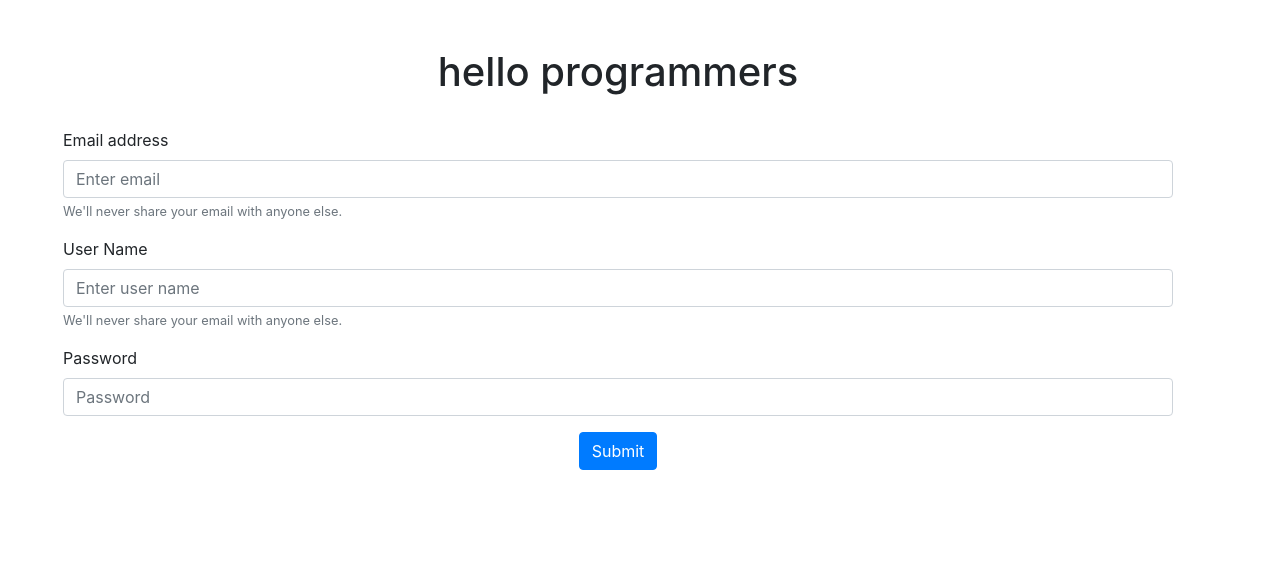
Repository: parvaizsajad/SpringFrameWork
Page: http://localhost/com.spring.mvc/form
These files come from the project's save history. The page is drawn as it stood at one moment and after the next save; the edit follows.
The browser window is 1280 px wide. The pictures show the whole page.
Some web libraries are served in a nearby version. The page is served by Tomcat 9. Other server files are loaded and not shown.

Above is the page before, as saved 2021-09-09 18:35:36.

### com.spring.mvc/src/main/webapp/WEB-INF/spring-servlet.xml
<?xml version="1.0" encoding="UTF-8"?>

<!-- 2nd step step create the configuration file. -->

<beans xmlns="http://www.springframework.org/schema/beans"
	xmlns:xsi="http://www.w3.org/2001/XMLSchema-instance" xmlns:context="http://www.springframework.org/schema/context"
	xmlns:p="http://www.springframework.org/schema/p"
		xmlns:c="http://www.springframework.org/schema/c"
	xsi:schemaLocation="http://www.springframework.org/schema/beans
    http://www.springframework.org/schema/beans/spring-beans.xsd
    http://www.springframework.org/schema/context
    http://www.springframework.org/schema/context/spring-context.xsd">
 <!--This is our bean or the metadata for our class  -->

 <context:component-scan base-package="com.spring.mvc.HomeController"></context:component-scan>
   <bean class="org.springframework.web.servlet.view.InternalResourceViewResolver" name="viewResolver">
   <property name="prefix" value="/WEB-INF/views/"></property>
   <property name="suffix" value=".jsp"></property>
   </bean>

   </beans>

### com.spring.mvc/src/main/webapp/WEB-INF/views/form.jsp
<%@ page language="java" contentType="text/html; charset=ISO-8859-1"
    pageEncoding="ISO-8859-1"%>
    <%@ page isELIgnored="false" %>
<!doctype html>
<html lang="en">
  <head>
    <!-- Required meta tags -->
    <meta charset="utf-8">
    <meta name="viewport" content="width=device-width, initial-scale=1, shrink-to-fit=no">

    <!-- Bootstrap CSS -->
    <link rel="stylesheet" href="https://maxcdn.bootstrapcdn.com/bootstrap/4.0.0/css/bootstrap.min.css" integrity="sha384-Gn5384xqQ1aoWXA+058RXPxPg6fy4IWvTNh0E263XmFcJlSAwiGgFAW/dAiS6JXm" crossorigin="anonymous">

    <title>Hello, world!</title>
  </head>
  <body>
   <!-- form -->

   <form class="container m-5" action="processform" method="post">
   <h1 class="text-center" >${WelcomeName }</h1>
      <h1 class="text-center" >${desc }</h1>
      <br>
  <div class="form-group">
    <label for="exampleInputEmail1">Email address</label>
    <input type="email" class="form-control" id="exampleInputEmail1" aria-describedby="emailHelp" name="email" placeholder="Enter email">
    <small id="emailHelp" class="form-text text-muted">We'll never share your email with anyone else.</small>
  </div>

  <div class="form-group">
    <label for="UserName">User Name</label>
    <input type="text" class="form-control" id="UserName" name="name"  placeholder="Enter user name">
    <small id="name" class="form-text text-muted">We'll never share your email with anyone else.</small>
  </div>

  <div class="form-group">
    <label for="exampleInputPassword1">Password</label>
    <input type="password" class="form-control" id="exampleInputPassword1"  name="password" placeholder="Password">
  </div>

 <div class="text-center">
  <button type="submit" class="btn btn-primary">Submit</button>
 </div>

</form>

    <!-- Optional JavaScript -->
    <!-- jQuery first, then Popper.js, then Bootstrap JS -->
    <script src="https://code.jquery.com/jquery-3.2.1.slim.min.js" integrity="sha384-KJ3o2DKtIkvYIK3UENzmM7KCkRr/rE9/Qpg6aAZGJwFDMVNA/GpGFF93hXpG5KkN" crossorigin="anonymous"></script>
    <script src="https://cdnjs.cloudflare.com/ajax/libs/popper.js/1.12.9/umd/popper.min.js" integrity="sha384-ApNbgh9B+Y1QKtv3Rn7W3mgPxhU9K/ScQsAP7hUibX39j7fakFPskvXusvfa0b4Q" crossorigin="anonymous"></script>
    <script src="https://maxcdn.bootstrapcdn.com/bootstrap/4.0.0/js/bootstrap.min.js" integrity="sha384-JZR6Spejh4U02d8jOt6vLEHfe/JQGiRRSQQxSfFWpi1MquVdAyjUar5+76PVCmYl" crossorigin="anonymous"></script>
  </body>
</html>

### com.spring.mvc/src/main/java/com/spring/mvc/HomeController/HomeController.java
package com.spring.mvc.HomeController;



import java.time.LocalDateTime;
import java.util.ArrayList;
import java.util.List;

import org.springframework.stereotype.Controller;
import org.springframework.ui.Model;
import org.springframework.web.bind.annotation.RequestMapping;
import org.springframework.web.servlet.ModelAndView;

@Controller
public class HomeController {
	@RequestMapping("/help")
	public String help() {
		System.out.println("this is out help page");

		return "help";
	}

	@RequestMapping("/home")
	public String Home(Model model) {
		System.out.println("this is home url");
		model.addAttribute("name","Parvaiz sajad");
		List<String> friends= new ArrayList<String>();
		friends.add("baabji");
		friends.add("moina");
		friends.add("Marilyn");
		friends.add("parvaiz");
		model.addAttribute("f",friends);
		return "index";
	}
	@RequestMapping("/about")
	public ModelAndView about() {
		System.out.println("this is out about page");
		ModelAndView mv= new ModelAndView();
		mv.addObject("name","Parvaiz sajad");
		LocalDateTime now = LocalDateTime.now();
		//List
		List<Integer> marks=new ArrayList<Integer>();
		marks.add(12);
		marks.add(23);
		marks.add(33);
		marks.add(2020);
		mv.addObject("marks", marks);
		mv.addObject("date",now);
		mv.addObject("roll_no",12345);


		mv.setViewName("about");

		return mv;
	}
	@RequestMapping("/services")
	public String services() {

		System.out.println("this is the services page");
		return "services";
	}

}

### com.spring.mvc/src/main/java/com/spring/mvc/HomeController/form.java
package com.spring.mvc.HomeController;

import javax.servlet.http.HttpServletRequest;
import javax.servlet.http.HttpServletResponse;

import org.apache.catalina.connector.Request;
import org.apache.catalina.connector.Response;
import org.apache.jasper.tagplugins.jstl.core.Out;
import org.springframework.stereotype.Controller;
import org.springframework.ui.Model;
import org.springframework.web.bind.annotation.ModelAttribute;
import org.springframework.web.bind.annotation.RequestMapping;
import org.springframework.web.bind.annotation.RequestMethod;
import org.springframework.web.bind.annotation.RequestParam;

import com.spring.mvc.model.User;

@Controller
public class form {

	@RequestMapping("/form")
	public String view() {
		return "form";
	}
	@ModelAttribute
	public void commonForm(Model md) {
		md.addAttribute("welcomeName", "welcome Parvaiz Sajad");
		md.addAttribute("desc", "hello programmers");
	}
	@RequestMapping(path = "processform",method = RequestMethod.POST)
	public String getForm(@ModelAttribute User user, Model model) {
		return"success";
	}

	/*
	 * @RequestMapping(path = "processform",method = RequestMethod.POST) public
	 * String getForm(@RequestParam("email") String email, @RequestParam("name")
	 * String name,
	 *
	 * @RequestParam("password") String password, Model model) {
	 *
	 * System.out.println("email:"+email); System.out.println("user name: "+name);
	 * System.out.println("user Password :"+ password);
	 *
	 * User user =new User(email, name, password); model.addAttribute("user",user);
	 * return"success"; }
	 */
}

### com.spring.mvc/src/main/java/com/spring/mvc/model/User.java
package com.spring.mvc.model;

public class User {
	private String email;
	private String name;
	private String password;
	public String getEmail() {
		return email;
	}
	public void setEmail(String email) {
		this.email = email;
	}
	public String getName() {
		return name;
	}
	public void setName(String name) {
		this.name = name;
	}
	public String getPassword() {
		return password;
	}
	public void setPassword(String password) {
		this.password = password;
	}
	public User(String email, String name, String password) {
		super();
		this.email = email;
		this.name = name;
		this.password = password;
	}
	public User() {
		super();
		// TODO Auto-generated constructor stub
	}
	@Override
	public String toString() {
		return "User [email=" + email + ", name=" + name + ", password=" + password + "]";
	}


}

After the next save:
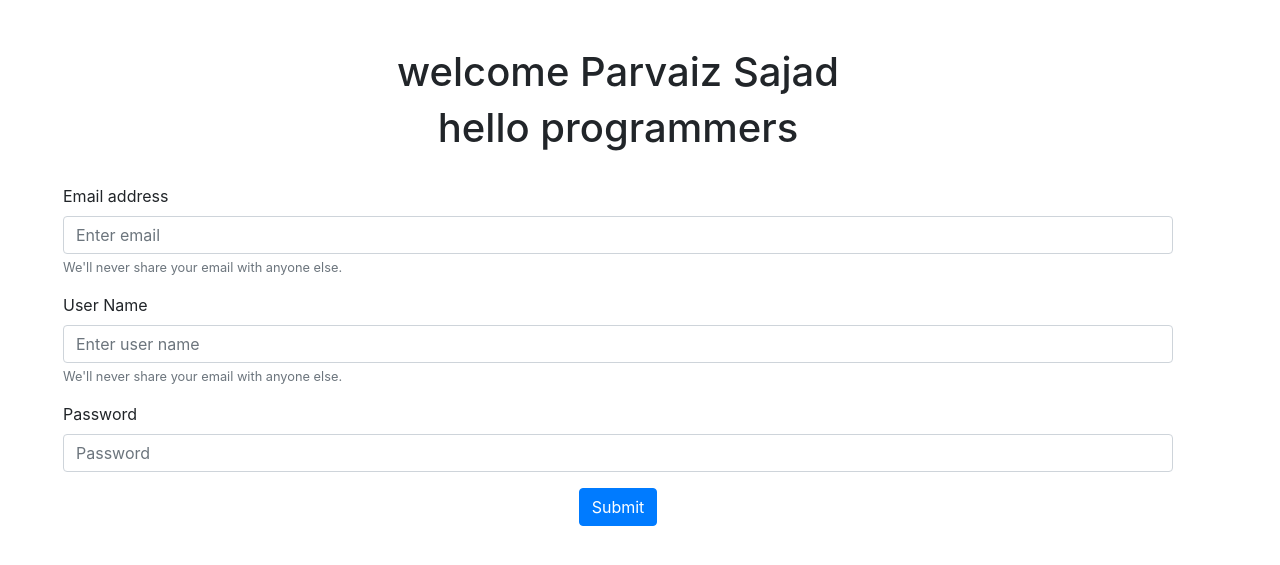
Saved 38 s later.
--- a/com.spring.mvc/src/main/webapp/WEB-INF/views/form.jsp
+++ b/com.spring.mvc/src/main/webapp/WEB-INF/views/form.jsp
@@ -17,7 +17,7 @@
    <!-- form -->
 
    <form class="container m-5" action="processform" method="post">
-   <h1 class="text-center" >${WelcomeName }</h1>
+   <h1 class="text-center" >${welcomeName }</h1>
       <h1 class="text-center" >${desc }</h1>
       <br>
   <div class="form-group">
